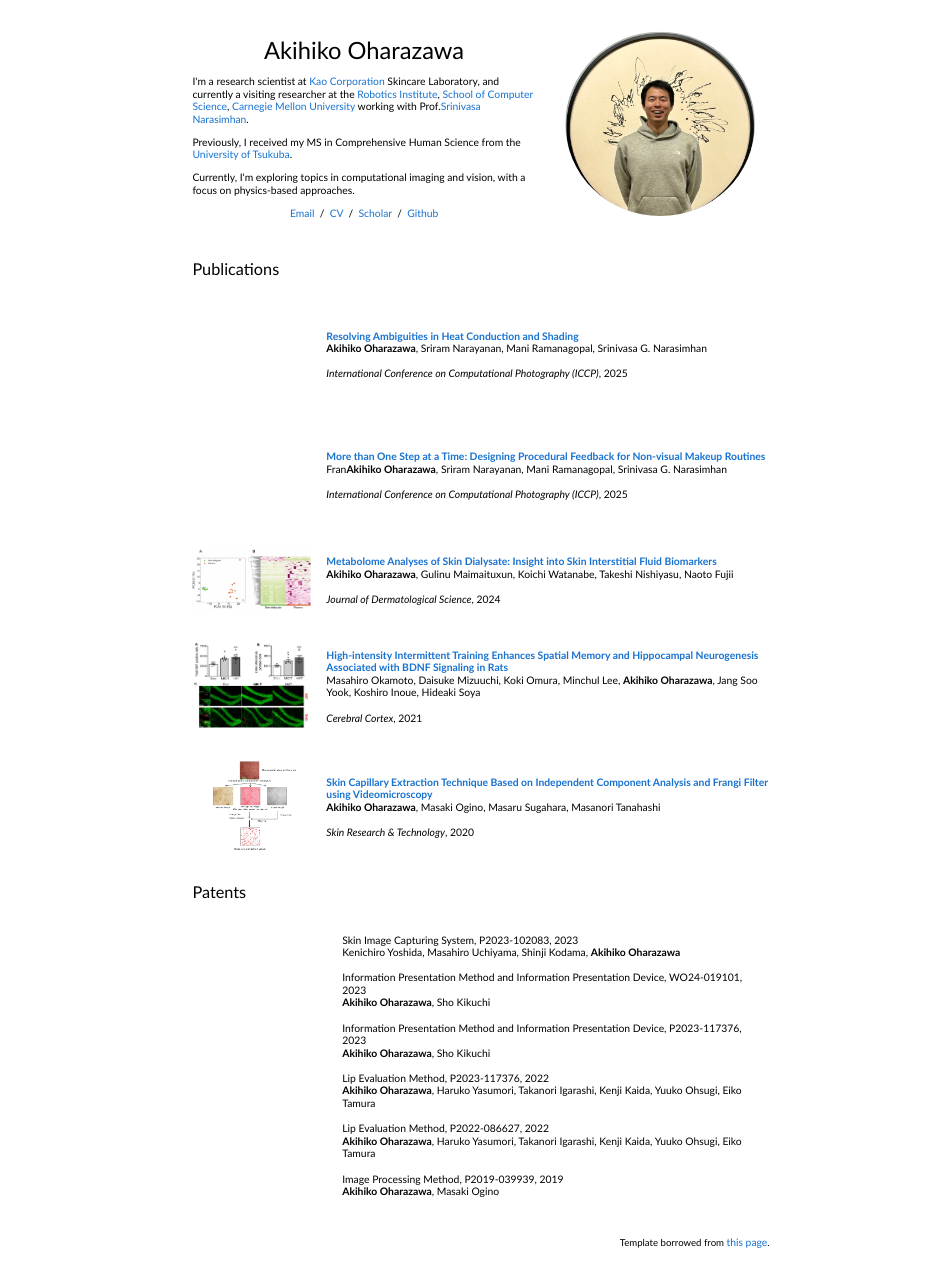
Repository: akihikooharazawa/akihikooharazawa.github.io
Page: index.html
An editor plug-in stored every save of this project. The page is shown before and after a run of saves, followed by the edit.
The browser window is 1280 px wide. The pictures show the whole page, at 74% of full size.
Pictures or frames that could not be fetched are drawn as grey boxes.

Above is the page before, as saved 2025-07-25 11:28:49.

### index.html
<!DOCTYPE HTML>
<html lang="en">
  <head>
  <!-- Google tag (gtag.js) -->
  <script async src="https://www.googletagmanager.com/gtag/js?id=G-S3VWLBF1BC"></script>
  <script>
    window.dataLayer = window.dataLayer || [];
    function gtag(){dataLayer.push(arguments);}
    gtag('js', new Date());

    gtag('config', 'G-S3VWLBF1BC');
  </script>
    <meta http-equiv="Content-Type" content="text/html; charset=UTF-8">

    <title>Akihiko Oharazawa</title>

    <meta name="author" content="Akihiko Oharazawa">
    <meta name="viewport" content="width=device-width, initial-scale=1">
    <link rel="shortcut icon" href="images/favicon/favicon.ico" type="image/x-icon">
    <link rel="stylesheet" type="text/css" href="stylesheet.css">

  </head>

  <body>
    <table style="width:100%;max-width:800px;border:0px;border-spacing:0px;border-collapse:separate;margin-right:auto;margin-left:auto;"><tbody>
      <tr style="padding:0px">
        <td style="padding:0px">
          <table style="width:100%;border:0px;border-spacing:0px;border-collapse:separate;margin-right:auto;margin-left:auto;"><tbody>
            <tr style="padding:0px">
              <td style="padding:2.5%;width:63%;vertical-align:middle">
                <p class="name" style="text-align: center;">
                  Akihiko Oharazawa
                </p>
                <p>I'm a research scientist at <a href="https://www.kao.com/global/en/">Kao Corporation</a> Skincare Laboratory,
                  and currently a visiting researcher at the <a href="https://www.ri.cmu.edu/">Robotics Institute</a>,
                  <a href="https://www.cs.cmu.edu/">School of Computer Science</a>,
                  <a href="https://www.cmu.edu/">Carnegie Mellon University</a> working with Prof.<a href="https://www.cs.cmu.edu/~srinivas/">Srinivasa Narasimhan</a>.
                </p>
                <p>
                  Previously, I received my MS in Comprehensive Human Science from the <a href="https://www.tsukuba.ac.jp/en/">University of Tsukuba</a>.
                </p>
                <p>
                  Currently, I'm exploring topics in computational imaging and vision, with a focus on physics-based approaches.
                </p>
                <p style="text-align:center">
                  <a href="mailto:a.oharazawa@gmail.com">Email</a> &nbsp;/&nbsp;
                  <a href="data/AkiOharazawa-CV.pdf">CV</a> &nbsp;/&nbsp;
                  <a href="https://scholar.google.com/citations?user=NGsKuDgAAAAJ&hl=en">Scholar</a> &nbsp;/&nbsp;
                  <a href="https://github.com/akihikooharazawa">Github</a>
                </p>
              </td>
              <td style="padding:2.5%;width:40%;max-width:40%">
                <a href="images/AkiOharazawa.jpg"><img style="width:100%;max-width:100%;object-fit: cover; border-radius: 50%;" alt="profile photo" src="images/AkiOharazawa.jpg" class="hoverZoomLink"></a>
              </td>
            </tr>
          </tbody></table>
          <table style="width:100%;border:0px;border-spacing:0px;border-collapse:separate;margin-right:auto;margin-left:auto;"><tbody>
              <tr>
              <td style="padding:20px;width:100%;vertical-align:middle">
                <h2>Publications</h2>
              </td>
            </tr>
          </tbody></table>
          <table style="width:100%;border:0px;border-spacing:0px;border-collapse:separate;margin-right:auto;margin-left:auto;"><tbody>

            <!-- ICCP 2025 -->
            <tr>
              <td style="padding:20px;width:25%;vertical-align:middle">
                <video id="theory" width="160" height="120" autoplay muted loop playsinline style="border-style: none">
                  <source src="videos/ICCP2025.mp4" type="video/mp4">
                </video>
              </td>
              <td width="75%" valign="middle">
                <a href="https://imaging.cs.cmu.edu/shape-from-laplacian-and-shading/">
                  <span class="papertitle">Resolving Ambiguities in Heat Conduction and Shading</span>
                </a>
                <br>
                <strong>Akihiko Oharazawa</strong>, Sriram Narayanan, Mani Ramanagopal, Srinivasa G. Narasimhan
                <br>
                <br>
                <em>International Conference on Computational Photography (ICCP)</em>, 2025
                <br>
              </td>
            </tr>
            <!-- End ICCP 2025 -->

            <!-- ASSCET 2025 -->
            <tr>
              <td style="padding:20px;width:25%;vertical-align:middle">
                <video id="theory" width="160" height="120" autoplay muted loop playsinline style="border-style: none">
                  <source src="videos/ICCP2025.mp4" type="video/mp4">
                </video>
              </td>
              <td width="75%" valign="middle">
                <a href="https://arxiv.org/abs/2507.03942">
                  <span class="papertitle">More than One Step at a Time: Designing Procedural Feedback for Non-visual Makeup Routines</span>
                </a>
                <br>
                Fran<strong>Akihiko Oharazawa</strong>, Sriram Narayanan, Mani Ramanagopal, Srinivasa G. Narasimhan
                <br>
                <br>
                <em>International Conference on Computational Photography (ICCP)</em>, 2025
                <br>
              </td>
            </tr>
            <!-- End ASSCET 2025 -->

            <!-- JDS 2025 -->
            <tr>
              <td style="padding:20px;width:25%;vertical-align:middle">
                <img src="images/isf_metabolomics.jpg" alt="isf_metabolomics" width="160" style="border-style: none">
              </td>
              <td width="75%" valign="middle">
                <a href="https://www.jdsjournal.com/article/S0923-1811(24)00066-5/fulltext">
                  <span class="papertitle">Metabolome Analyses of Skin Dialysate: Insight into Skin Interstitial Fluid Biomarkers</span>
                </a>
                <br>
                <strong>Akihiko Oharazawa</strong>, Gulinu Maimaituxun, Koichi Watanabe, Takeshi Nishiyasu, Naoto Fujii
                <br>
                <br>
                <em>Journal of Dermatological Science</em>, 2024
                <br>
              </td>
            </tr>
            <!-- End JDS 2025 -->

            <!-- Cerebral Cortex 2021 -->
            <tr>
              <td style="padding:20px;width:25%;vertical-align:middle">
                <img src="images/hit_brain.png" alt="hit_brain.png" width="160" height="120" style="border-style: none">
              </td>
              <td width="75%" valign="middle">
                <a href="https://academic.oup.com/cercor/article/31/9/4386/6274998">
                  <span class="papertitle">High-intensity Intermittent Training Enhances Spatial Memory and Hippocampal Neurogenesis Associated with BDNF Signaling in Rats</span>
                </a>
                <br>
                Masahiro Okamoto, Daisuke Mizuuchi, Koki Omura, Minchul Lee, <strong>Akihiko Oharazawa</strong>, Jang Soo Yook, Koshiro Inoue, Hideaki Soya
                <br>
                <br>
                <em>Cerebral Cortex</em>, 2021
                <br>
              </td>
            </tr>
            <!-- End Cerebral Cortex 2021 -->

            <!-- Skin Research & Technology 2020 -->
            <tr>
              <td style="padding:20px;width:25%;vertical-align:middle">
                <img src="images/capillary_extraction.jpg" alt="capillary_extraction.jpg" width="160" height="120" style="border-style: none">
              </td>
              <td width="75%" valign="middle">
                <a href="https://onlinelibrary.wiley.com/doi/10.1111/srt.12850">
                  <span class="papertitle">Skin Capillary Extraction Technique Based on Independent Component Analysis and Frangi Filter using Videomicroscopy</span>
                </a>
                <br>
                <strong>Akihiko Oharazawa</strong>, Masaki Ogino, Masaru Sugahara, Masanori Tanahashi
                <br>
                <br>
                <em>Skin Research & Technology</em>, 2020
                <br>
              </td>
            </tr>
            <!-- End Skin Research & Technology 2020 -->
          </tbody></table>


          <table width="100%" align="center" border="0" cellspacing="0" cellpadding="20"><tbody>
            <tr>
              <td>
                <h2>Patents</h2>
              </td>
            </tr>
          </tbody></table>
          <table width="100%" align="center" border="0" cellpadding="20"><tbody>

            <tr>
              <td style="padding:20px;width:25%;vertical-align:middle">
              <td width="75%" valign="middle">
                Skin Image Capturing System, P2023-102083, 2023
                <br>
                Kenichiro Yoshida, Masahiro Uchiyama, Shinji Kodama, <strong>Akihiko Oharazawa</strong><br>
                <br>
                Information Presentation Method and Information Presentation Device, WO24-019101, 2023
                <br>
                <strong>Akihiko Oharazawa</strong>, Sho Kikuchi<br>
                <br>
                Information Presentation Method and Information Presentation Device, P2023-117376, 2023
                <br>
                <strong>Akihiko Oharazawa</strong>, Sho Kikuchi<br>
                <br>
                Lip Evaluation Method, P2023-117376, 2022
                <br>
                <strong>Akihiko Oharazawa</strong>, Haruko Yasumori, Takanori Igarashi, Kenji Kaida, Yuuko Ohsugi, Eiko Tamura<br>
                <br>
                Lip Evaluation Method, P2022-086627, 2022
                <br>
                <strong>Akihiko Oharazawa</strong>, Haruko Yasumori, Takanori Igarashi, Kenji Kaida, Yuuko Ohsugi, Eiko Tamura<br>
                <br>
                Image Processing Method, P2019-039939, 2019
                <br>
                <strong>Akihiko Oharazawa</strong>, Masaki Ogino<br>
              </td>
            </tr>

          </tbody></table>
          <table style="width:100%;border:0px;border-spacing:0px;border-collapse:separate;margin-right:auto;margin-left:auto;"><tbody>
            <tr>
              <td style="padding:0px">
                <br>
                <p style="text-align:right;font-size:small;">
                  Template borrowed from <a href="https://github.com/jonbarron/website">this page</a>.
                </p>
              </td>
            </tr>
          </tbody></table>
        </td>
      </tr>
    </table>
  </body>
</html>

### stylesheet.css
/* latin-ext */
@font-face {
  font-family: 'Lato';
  font-style: italic;
  font-weight: 400;
  src: local('Lato Italic'), local('Lato-Italic'), url(https://fonts.gstatic.com/s/lato/v15/S6u8w4BMUTPHjxsAUi-qNiXg7eU0.woff2) format('woff2');
  unicode-range: U+0100-024F, U+0259, U+1E00-1EFF, U+2020, U+20A0-20AB, U+20AD-20CF, U+2113, U+2C60-2C7F, U+A720-A7FF;
}
/* latin */
@font-face {
  font-family: 'Lato';
  font-style: italic;
  font-weight: 400;
  src: local('Lato Italic'), local('Lato-Italic'), url(https://fonts.gstatic.com/s/lato/v15/S6u8w4BMUTPHjxsAXC-qNiXg7Q.woff2) format('woff2');
  unicode-range: U+0000-00FF, U+0131, U+0152-0153, U+02BB-02BC, U+02C6, U+02DA, U+02DC, U+2000-206F, U+2074, U+20AC, U+2122, U+2191, U+2193, U+2212, U+2215, U+FEFF, U+FFFD;
}
/* latin-ext */
@font-face {
  font-family: 'Lato';
  font-style: italic;
  font-weight: 700;
  src: local('Lato Bold Italic'), local('Lato-BoldItalic'), url(https://fonts.gstatic.com/s/lato/v15/S6u_w4BMUTPHjxsI5wq_FQftx9897sxZ.woff2) format('woff2');
  unicode-range: U+0100-024F, U+0259, U+1E00-1EFF, U+2020, U+20A0-20AB, U+20AD-20CF, U+2113, U+2C60-2C7F, U+A720-A7FF;
}
/* latin */
@font-face {
  font-family: 'Lato';
  font-style: italic;
  font-weight: 700;
  src: local('Lato Bold Italic'), local('Lato-BoldItalic'), url(https://fonts.gstatic.com/s/lato/v15/S6u_w4BMUTPHjxsI5wq_Gwftx9897g.woff2) format('woff2');
  unicode-range: U+0000-00FF, U+0131, U+0152-0153, U+02BB-02BC, U+02C6, U+02DA, U+02DC, U+2000-206F, U+2074, U+20AC, U+2122, U+2191, U+2193, U+2212, U+2215, U+FEFF, U+FFFD;
}
/* latin-ext */
@font-face {
  font-family: 'Lato';
  font-style: normal;
  font-weight: 400;
  src: local('Lato Regular'), local('Lato-Regular'), url(https://fonts.gstatic.com/s/lato/v15/S6uyw4BMUTPHjxAwXiWtFCfQ7A.woff2) format('woff2');
  unicode-range: U+0100-024F, U+0259, U+1E00-1EFF, U+2020, U+20A0-20AB, U+20AD-20CF, U+2113, U+2C60-2C7F, U+A720-A7FF;
}
/* latin */
@font-face {
  font-family: 'Lato';
  font-style: normal;
  font-weight: 400;
  src: local('Lato Regular'), local('Lato-Regular'), url(https://fonts.gstatic.com/s/lato/v15/S6uyw4BMUTPHjx4wXiWtFCc.woff2) format('woff2');
  unicode-range: U+0000-00FF, U+0131, U+0152-0153, U+02BB-02BC, U+02C6, U+02DA, U+02DC, U+2000-206F, U+2074, U+20AC, U+2122, U+2191, U+2193, U+2212, U+2215, U+FEFF, U+FFFD;
}
/* latin-ext */
@font-face {
  font-family: 'Lato';
  font-style: normal;
  font-weight: 700;
  src: local('Lato Bold'), local('Lato-Bold'), url(https://fonts.gstatic.com/s/lato/v15/S6u9w4BMUTPHh6UVSwaPGQ3q5d0N7w.woff2) format('woff2');
  unicode-range: U+0100-024F, U+0259, U+1E00-1EFF, U+2020, U+20A0-20AB, U+20AD-20CF, U+2113, U+2C60-2C7F, U+A720-A7FF;
}
/* latin */
@font-face {
  font-family: 'Lato';
  font-style: normal;
  font-weight: 700;
  src: local('Lato Bold'), local('Lato-Bold'), url(https://fonts.gstatic.com/s/lato/v15/S6u9w4BMUTPHh6UVSwiPGQ3q5d0.woff2) format('woff2');
  unicode-range: U+0000-00FF, U+0131, U+0152-0153, U+02BB-02BC, U+02C6, U+02DA, U+02DC, U+2000-206F, U+2074, U+20AC, U+2122, U+2191, U+2193, U+2212, U+2215, U+FEFF, U+FFFD;
}

a {
  color: #1772d0;
  text-decoration: none;
}

a:focus,
a:hover {
  color: #f09228;
  text-decoration: none;
}

body,
td,
th,
tr,
p,
a {
  font-family: 'Lato', Verdana, Helvetica, sans-serif;
  font-size: 14px;
}

strong {
  font-family: 'Lato', Verdana, Helvetica, sans-serif;
  font-size: 14px;
}

h2 {
  margin: 0;
  font-weight: normal;
  font-family: 'Lato', Verdana, Helvetica, sans-serif;
  font-size: 22px;
}

.papertitle {
  font-family: 'Lato', Verdana, Helvetica, sans-serif;
  font-size: 14px;
  font-weight: 700;
}

.name {
  padding-top: 20px;
  margin: 0;
  font-family: 'Lato', Verdana, Helvetica, sans-serif;
  font-size: 32px;
}

.one {
  width: 160px;
  height: 160px;
  position: relative;
}

.two {
  width: 160px;
  height: 160px;
  position: absolute;
  transition: opacity .2s ease-in-out;
  -moz-transition: opacity .2s ease-in-out;
  -webkit-transition: opacity .2s ease-in-out;
}

.fade {
  transition: opacity .2s ease-in-out;
  -moz-transition: opacity .2s ease-in-out;
  -webkit-transition: opacity .2s ease-in-out;
}

span.highlight {
  background-color: #ffffd0;
}

After the next 2 saves:
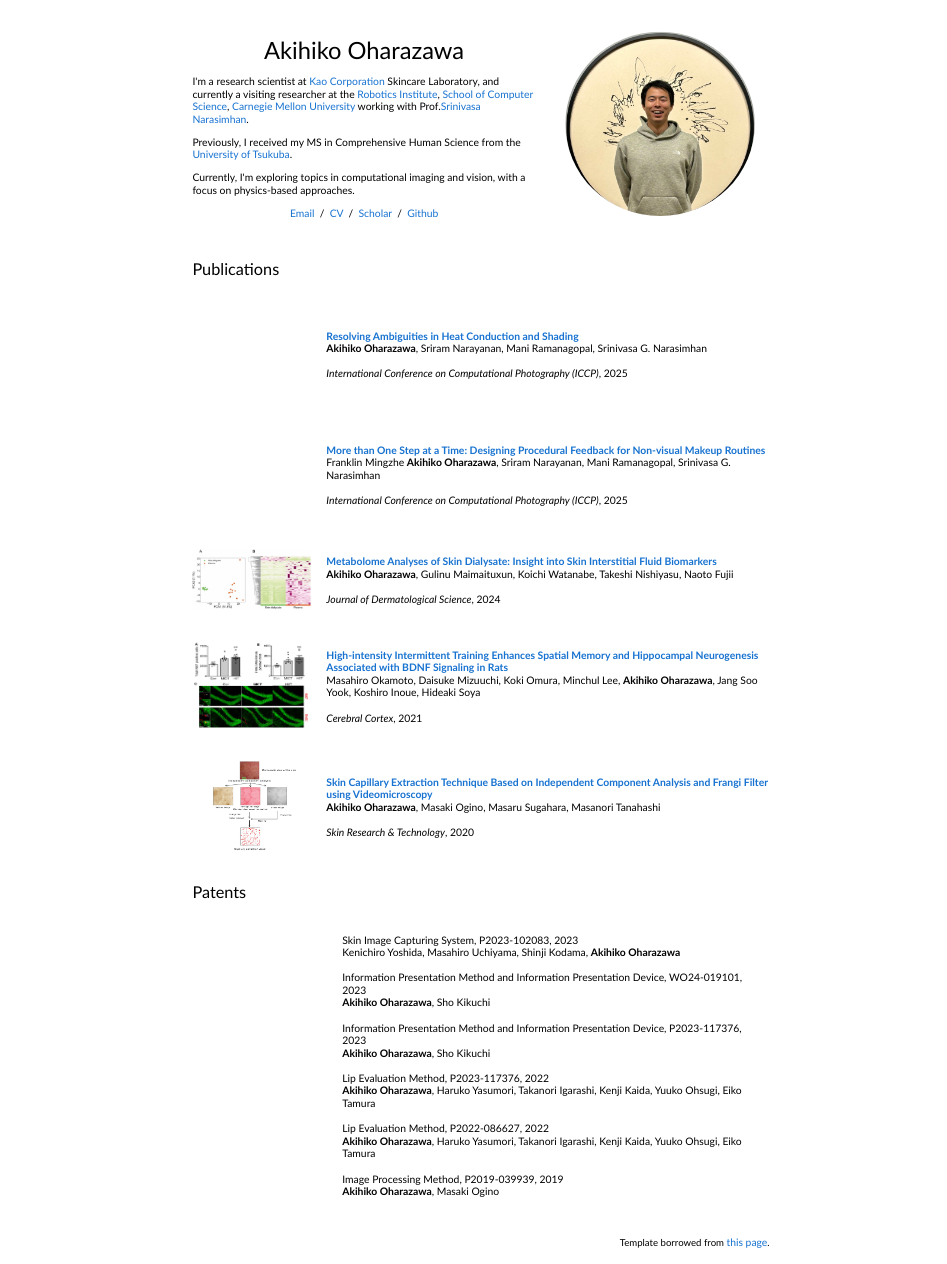
The 2 saves are shown as one change because they came seconds apart.
The last was saved 8 s later.
--- a/index.html
+++ b/index.html
@@ -96,7 +96,7 @@
                   <span class="papertitle">More than One Step at a Time: Designing Procedural Feedback for Non-visual Makeup Routines</span>
                 </a>
                 <br>
-                Fran<strong>Akihiko Oharazawa</strong>, Sriram Narayanan, Mani Ramanagopal, Srinivasa G. Narasimhan
+                Franklin Mingzhe <strong>Akihiko Oharazawa</strong>, Sriram Narayanan, Mani Ramanagopal, Srinivasa G. Narasimhan
                 <br>
                 <br>
                 <em>International Conference on Computational Photography (ICCP)</em>, 2025
